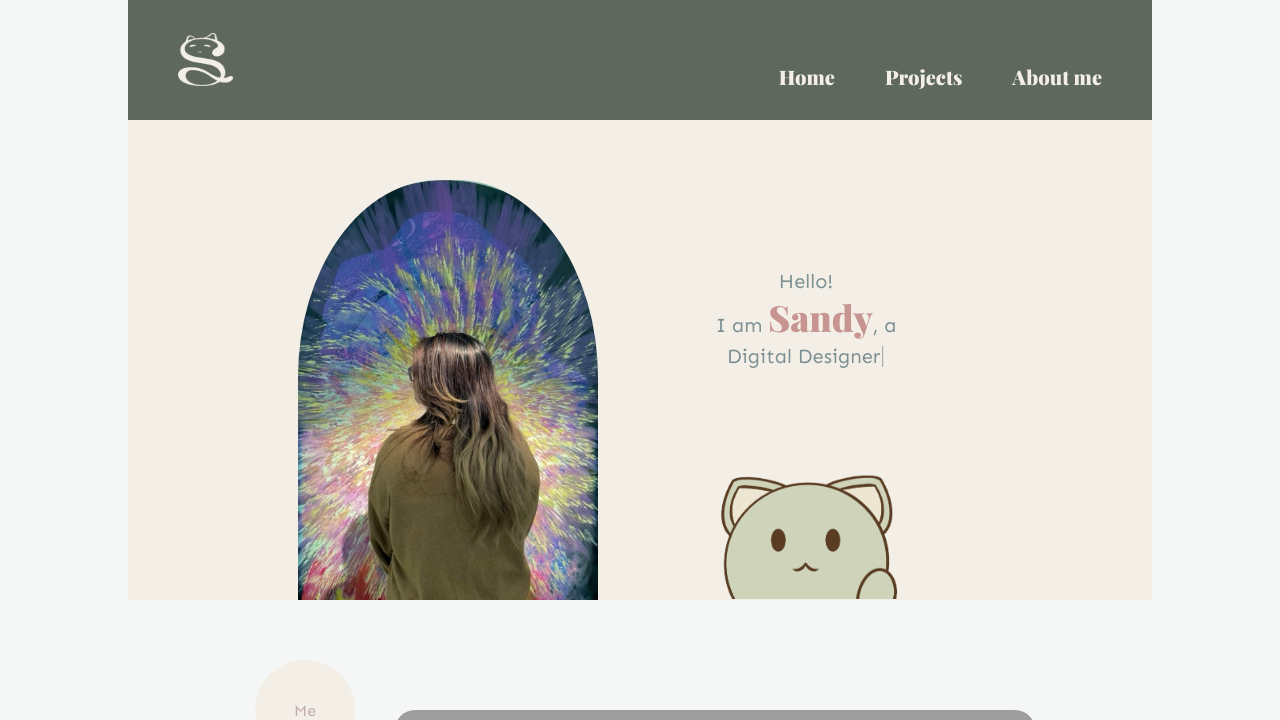
Repository: SandyLy453/portfolio
Page: /
These files come from the project's save history. The page is drawn as it stood at one moment and after the next save; the edit follows.
The browser window is 1280 px wide. The pictures show the whole page.
Pictures or frames that could not be fetched are drawn as grey boxes. An inner scrolling area shows only its first screen. The project was rebuilt for these pictures with package versions that can differ from the ones it lists, and the page was loaded fresh each time. The framework's server and built-in components were replaced by stand-ins that run in the browser. Also part of the build but not shown: next.config.mjs, modules/Footer/Footer.module.css, modules/Footer/Footer.js, modules/ProjectCard/ProjectCard.module.css, modules/ProjectCard/Projectcard.js.

Above is the page before, as saved 2025-02-13 18:13:17.

### pages/_app.js
import { useEffect } from "react";
import { useRouter } from "next/router";
import { Playfair_Display, Sen } from 'next/font/google';
import '../styles/globals.css';

const playfairDisplay = Playfair_Display({
  weight: ['400', '900'],
  style: ['normal', 'italic'],
  subsets: ['latin'],
});

const sen = Sen({
  weight: ['400', '700', '800'],
  subsets: ['latin'],
});

export default function App({ Component, pageProps }) {

  const router = useRouter();

  useEffect(() => {
    const handleRouteChangeComplete = (url) => {
        if (url.startsWith("/projects")) {
            window.location.reload();
        } else if (url.startsWith("/project")) {
          window.location.reload();
        }
    };

    router.events.on("routeChangeComplete", handleRouteChangeComplete);

    return () => {
        router.events.off("routeChangeComplete", handleRouteChangeComplete);
    };
}, [router]);


  return (
    <main className={`${playfairDisplay.className} ${sen.className}`}>
      <Component {...pageProps} />
    </main>
  )
}

### pages/_document.js
import { Html, Head, Main, NextScript } from "next/document";


export default function Document() {
  return (
    <Html lang="en">
      <Head>
        <title>San San's Tea Room</title>
        <link rel="icon" href="/favicon.ico" />

        <link rel="preconnect" href="https://fonts.googleapis.com" />
        <link rel="preconnect" href="https://fonts.gstatic.com" crossorigin="anonymous" />
        <link
          href="https://fonts.googleapis.com/css2?family=Playfair+Display:wght@400;900&family=Sen:wght@400;700;800&display=swap"
          rel="stylesheet"
        />
      </Head>
      <body>
        <Main />
        <NextScript />
      </body>
    </Html>
  );
}

### pages/index.js
import Image from "next/image";
import Link from "next/link";
import styles from "@/styles/Home.module.css";
import { useState, useEffect } from "react";
import Header from "@/modules/Header/Header";
import Footer from "@/modules/Footer/Footer";
import ProjectCard from "@/modules/ProjectCard/Projectcard";
import ShowCase from "@/modules/ShowCase/ShowCase";

export default function Home() {

  const projects = [
    {
      photos: ["/aether-cover.png"],
      alt: "Aether cover",
      title: "Aether",
      description: "Case Study - A AI-powered form-filling app",
      date: "September 2024 - December 2024",
      link: "/projects/Aether",
    },
    {
      photos: ["/post1.png", "/post2.png", "/post3.png"],
      alt: "Poster slides show",
      title: "Poster design",
      description:
        "Product design - Series of posters based on the anime/ manga Detective Conan.",
      date: "December 2024",
      link: "/projects/Poster",
    },
    {
      photos: ["/can1.png", "/can2.png", "/can3.png"],
      alt: "Can design slide show",
      title: "DiLo Tea Can",
      description: "Product design - Tea Can",
      date: "November 2024",
      link: "/projects/CanDesign",
    },
    {
      photos: ["/mockup2.png"],
      alt: "Magazine cover",
      title: "Magazine",
      description: "Magazine design - An architectural magazine",
      date: "November 2024",
      link: "/projects/Magazine",
    },
    {
      photos: ["/clotho.png"],
      alt: "Clotho app",
      title: "Clotho",
      description: "Clotho - A closet organize app",
      date: "March 2024 - May 2024",
      link: "/projects/Clotho",
    },
    {
      photos: ["/cam.png"],
      alt: "Camera vector graphic",
      title: "Mechanical Object Vector Graphic",
      description: "Using vector to draw mechanical objects",
      date: "December 2023",
      link: "/projects/MechanicalObject",
    },
  ];

  const [visibleProjects, setVisibleProjects] = useState(6);

  const roles = ["UX/UI Designer", "Digital Designer", "Web Developer"];
  const [text, setText] = useState("");
  const [index, setIndex] = useState(0);
  const [charIndex, setCharIndex] = useState(0);
  const [deleting, setDeleting] = useState(false);

  useEffect(() => {
    const currentRole = roles[index];

    let timeout;

    if (deleting) {
      timeout = setTimeout(() => {
        setText(currentRole.substring(0, charIndex - 1));
        setCharIndex((prev) => prev - 1);
      }, 50);
    } else {
      timeout = setTimeout(() => {
        setText(currentRole.substring(0, charIndex + 1));
        setCharIndex((prev) => prev + 1);
      }, 100);
    }

    if (!deleting && charIndex === currentRole.length) {
      setTimeout(() => setDeleting(true), 1000);
    } else if (deleting && charIndex === 0) {
      setDeleting(false);
      setIndex((prevIndex) => (prevIndex + 1) % roles.length);
    }

    return () => clearTimeout(timeout);
  }, [charIndex, deleting, index, roles]);

  return (
    <>
      <Header/>

      <main className={styles.main}>
        <div className={styles.top}>
          <div className={styles.image}>
            <Image src={'/cover.jpeg'} alt="cover photo" className={styles.coverPhoto} width={300} height={420} />
          </div>

          <div className={styles.info}>
            <p className={styles.role}>Hello!</p>
            <p className={styles.role}>I am <span className={styles.name}>Sandy</span>, a</p>
            <p className={styles.role}>
              {text}
              <span className={styles.cursor}>|</span>
            </p>
            <Image src={'/hi.GIF'} alt="greeting gif" className={styles.gif} width={294} height={129} />
          </div>
        </div>

        <ShowCase/>



        <div className={styles.loadMoreContainer}>
          <Link
            href="/project"
            className={styles.loadMoreButton}
            scroll={true}
          >
              <button className={styles.loadMoreButton}>
                More Projects
              </button>
          </Link>
        </div>

        <div className={styles.sectionBreaker}>
          <span> Contact </span>
        </div>

        <div className={styles.bottom}>

        </div>


        <br/>

      </main>
    </>
  );
}

### styles/globals.css
:root {
  --mauveMorn: #ecd6d6;
  --mauveShadow: #B59BA6;
  --moss: #5E7975;
  --brightWhite: #f5f7f6;
  --white: #fff;

  --spaBlue: #D3DEDF;
  --forest: #5E685E;
  --midnight: #3D4D55;
  --stormCloud: #676767;
  --cream: #f4EFE6;
  --cloud: #FEFCF6;
}

html,
body {
  padding: 0;
  margin: 0;
  background-color: #f5f7f6;
  width: 100vw;
  height: 100vh;
  overflow-x: hidden;
  scroll-behavior: auto;

  font-family: "Playfair Display", serif;
  font-optical-sizing: auto;
  color: var(--stormCloud);
  cursor: url('/hehe.webp') 16 16, auto;
}

header {
  margin: 0;
  padding: 0;
  box-sizing: border-box;
}

* {
  margin: 0;
  padding: 0;
  box-sizing: border-box; /* Reset styles for all elements */
}

h1, h2, h3, h4, h5, span {
  font-family: "Playfair Display", serif;
}

a, button {
  cursor: url('/haha.webp') 16 16, pointer;
}

### styles/Home.module.css
.page {
  margin: 0;
  padding: 0;
}

.main {
  min-height: 100vh;
  width: 70vw;
  margin: auto;
  margin-top: 0;
  margin-top: 120px;
}

.top {
  width: 100%;
  min-height: 480px;
  background-color: var(--cream);
  align-items: center;
  display: flex;
  flex-direction: row;
  padding: 0;
  flex-wrap: wrap;
  justify-content: center;
}

.coverPhoto {
  border-radius: 47% 47% 0 0;
  margin: 0 6rem;
  position: relative;
  bottom: -30px;
}

.info {
  text-align: center;
  margin-top: 100px;
  width: 30vw;
}

.name {
  font-size: 54px;
  color: #C69491;
  font-weight: 600;
  font-family: "Playfair Display", serif;
}

.role {
  font-size: 44px;
  color: #7D9094;
  font-weight: 500;
}

.loca {
  font-size: 20px;
  color: #7D9094;
  padding-top: 10px;
}

.gif {
  position: relative;
  bottom: -36px;
}


.sectionBreaker {
  display: flex;
  align-items: center;
  justify-content: center;
  margin: 40px 0;
  position: relative;
}

.sectionBreaker::before,
.sectionBreaker::after {
  content: "";
  flex: 1;
  height: 2px;
  background: #d3d3d3;
  margin: 0;
}

.sectionBreaker span {
  color: #7D9094;
  margin: 0 10px;
  font-size: 20px;
  font-style: italic;
}

.pjSection {
  display: flex;
  flex-direction: row;
  flex-wrap: wrap;
  justify-content:space-between;
  align-items: flex-start;
  margin: 0 auto;
  margin-bottom: 50px;
  gap: 1rem;
  max-width: 1350px;
}

.loadMoreContainer {
  display: flex;
  flex-direction: column;
  justify-content: center;
  align-items: center;
}

.loadMoreButton {
  height: 40px;
  width: 150px;
  background-color: var(--cream);
  color: var(--forest);
  border: 1px solid var(--forest);
  font-size: 18px;
  align-items: center;
  border-radius: 10px;
  margin-bottom: 50px;
}

.loadMoreButton:hover {
  background-color: var(--forest);
  color: var(--cream);
}




@media screen and (max-width: 1460px) {
  .pjSection {
    gap: 20px;
  }

  .main {
    width: 80vw;
  }

  .coverPhoto {
    margin: 0 1rem;
    bottom: -32px;
  }

  .info {
    margin-top: 50px;
  }

  .gif {
    bottom: -6.4rem;
  }

  .name {
    font-size: 36px;
  }

  .role {
    font-size: 20px;
  }

  .loca {
    font-size: 18px;
  }

  .pjSection {
    gap: 15px;
    justify-content: center;
  }
}



@media screen and (max-width: 768px) {
  .main {
    width: 100vw;
  }

  .coverPhoto {
    margin: 0 auto;
    bottom: -20px;
    width: 70vw;
    height: auto;
  }

  .info {
    margin-top: 50px;
    width: 90vw;
  }

  .name {
    font-size: 36px;
  }

  .role {
    font-size: 20px;
  }

  .loca {
    font-size: 18px;
  }

  .pjSection {
    gap: 15px;
    justify-content: center;
  }

  .gif {
    position: relative;
    bottom: -4px;
    margin-top: 10px;
  }
}

### modules/Header/Header.js
import Image from "next/image";
import Link from "next/link";
import styles from './Header.module.css'
import { useRef } from "react";

export default function Header () {
    const audioRef = useRef(null);

    const playSound = () => {
        if (audioRef.current) {
            audioRef.current.currentTime = 0;
            audioRef.current.play().catch(error => console.log("Audio playback error:", error));
        }
    };

    return (
        <header className={styles.header}>
            <div className={styles.logo}>
                <Link href={'/'}>
                    <Image
                        src={'/logo.png'}
                        alt="logo"
                        className={styles.logo}
                        width={55}
                        height={53}
                        onMouseEnter={playSound}
                    />
                </Link>
            </div>

            <div className={styles.menu}>
                <p className={styles.menuOption}><Link href={'/'} className={styles.link}>Home</Link></p>
                <p className={styles.menuOption}><Link href={'/project'} className={styles.link}>Projects</Link></p>
                <p className={styles.menuOption}><Link href={'/about'} className={styles.link}>About me</Link></p>
            </div>

            <audio ref={audioRef} src="/cat.wav" preload="auto"></audio>
        </header>
    )
}

### modules/ShowCase/ShowCase.js
import Image from "next/image";
import { useState, useEffect, useRef } from "react";
import styles from './ShowCase.module.css';

export default function ShowCase() {
    const tags = ["Me", "UX/UI", "Graphic", "Other"];
    const images = {
        "Me": "/card-holder.png",
        "UX/UI": "/ava.png",
        "Graphic": "/card-holder.png",
        "Other": "/ava.png",
    };

    const [activeTag, setActiveTag] = useState(tags[0]);
    const [isFading, setIsFading] = useState(false);
    const [isPaused, setIsPaused] = useState(false);
    const intervalRef = useRef(null);

    const startLoop = () => {
        clearInterval(intervalRef.current);
        intervalRef.current = setInterval(() => {
            setIsFading(true);
            setTimeout(() => {
                setActiveTag((prevTag) => {
                    const currentIndex = tags.indexOf(prevTag);
                    return tags[(currentIndex + 1) % tags.length];
                });
                setIsFading(false);
            }, 1000);
        }, 4000);
    };

    useEffect(() => {
        if (!isPaused) startLoop();
        return () => clearInterval(intervalRef.current);
    }, [isPaused]);

    useEffect(() => {
        startLoop();
        return () => clearInterval(intervalRef.current);
    }, []);

    const handlePause = (tag) => {
        clearInterval(intervalRef.current);
        setIsPaused(true);
        setActiveTag(tag);
        setIsFading(false);
    };

    const handleResume = () => {
        setIsPaused(false);
    };

    return (
        <div className={styles.container}>
            <div className={styles.tagBox}>
                {tags.map((tag) => (
                    <div
                        key={tag}
                        className={`${styles.tag} ${activeTag === tag ? styles.active : ""}`}
                        onMouseEnter={() => handlePause(tag)}
                        onMouseLeave={handleResume}
                        onTouchStart={() => handlePause(tag)}
                        onTouchEnd={handleResume}
                    >
                        <p>{tag}</p>
                    </div>
                ))}
            </div>

            <div className={styles.photoBox}>
                <Image
                    key={activeTag}
                    src={images[activeTag]}
                    alt={activeTag}
                    width={600}
                    height={460}
                    className={`${styles.photo} ${isFading ? styles.fadeOut : styles.fadeIn}`}
                />
            </div>
        </div>
    );
}

### modules/Header/Header.module.css
.header {
    margin:0;
    margin-left: auto;
    margin-right: auto;
    width: 70vw;
    height: 120px;
    background-color: var(--forest);
    padding: 20px 50px ;
    padding-bottom: 30px;

    display: flex;
    flex-direction: row;
    justify-content: space-between;
    align-items: flex-end;
    position: fixed;
    right: 15vw;
    top: 0;
    z-index: 999;
}

.menu {
    display: flex;
    flex-direction: row;
    gap: 50px;
}

.menuOption {
    font-size: 20px;
    font-weight: 600;
}

.link {
    text-decoration: none;
    color: var(--cream);
    font-family: "Playfair Display", serif;
}

.link:hover {
    color: var(--midnight);
}


@media screen and (max-width: 1460px) {
    .header {
        width: 80vw;
        right: 10vw;
    }
}

@media screen and (max-width: 768px) {
    .header {
        width: 100vw;
        right: 0;
    }
}

### modules/ShowCase/ShowCase.module.css
.container {
    margin: auto;
    margin-top: 50px;
    display: flex;
    flex-direction: row;
    justify-content: center;
    align-items: center;
    gap: 30px;
}

.tagBox {
    display: flex;
    justify-content: center;
    align-items: center;
    flex-direction: column;
}

.tag, .active {
    width: 100px;
    height: 100px;
    background-color: var(--cream);
    border-radius: 50%;
    display: flex;
    justify-content: center;
    align-items: center;
    margin: 10px;
    cursor: url('/haha.webp') 16 16, pointer;
    transition: background-color 0.3s ease-in-out, transform 0.2s ease-in-out;
}

.tag:hover, .active {
    background-color: var(--forest);
    transform: scale(1.05);
}

.tag p, .active p {
    color: var(--mauveShadow);
    opacity: 80%;
}

.tag:hover p, .active p {
    color: var(--mauveMorn);
    opacity: 100%;
}

.photoBox {
    width: 50vw;
    max-width: 800px;
    aspect-ratio: 16 / 9;
    position: relative;
    display: flex;
    align-items: center;
    justify-content: center;
    overflow: hidden;
}

.photo {
    width: 100%;
    height: 100%;
    border-radius: 20px;
    object-fit: cover;
    position: absolute;
    transition: opacity 0.5s ease-in-out;
}


.fadeIn {
    opacity: 1;
}

.fadeOut {
    opacity: 0;
}

After the next save:
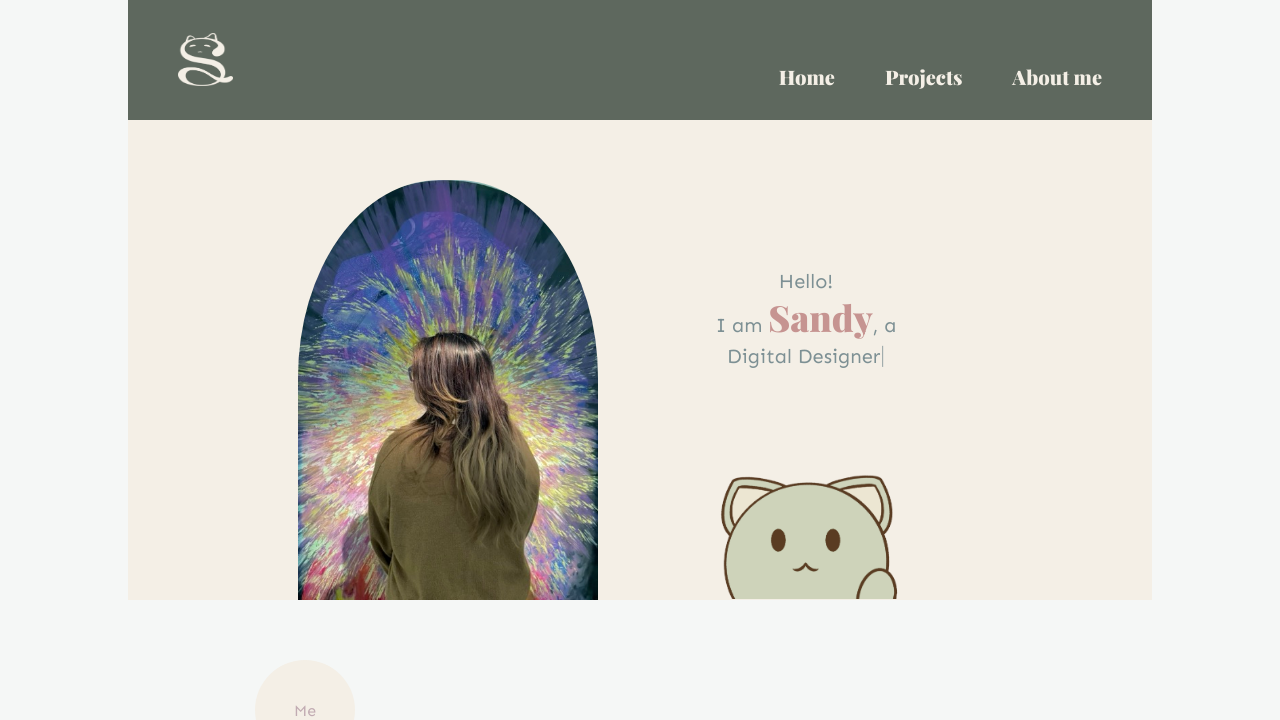
Saved 99 s later.
--- a/modules/ShowCase/ShowCase.module.css
+++ b/modules/ShowCase/ShowCase.module.css
@@ -46,7 +46,7 @@
 .photoBox {
     width: 50vw;
     max-width: 800px;
-    aspect-ratio: 16 / 9;
+    aspect-ratio: 20 / 9;
     position: relative;
     display: flex;
     align-items: center;
